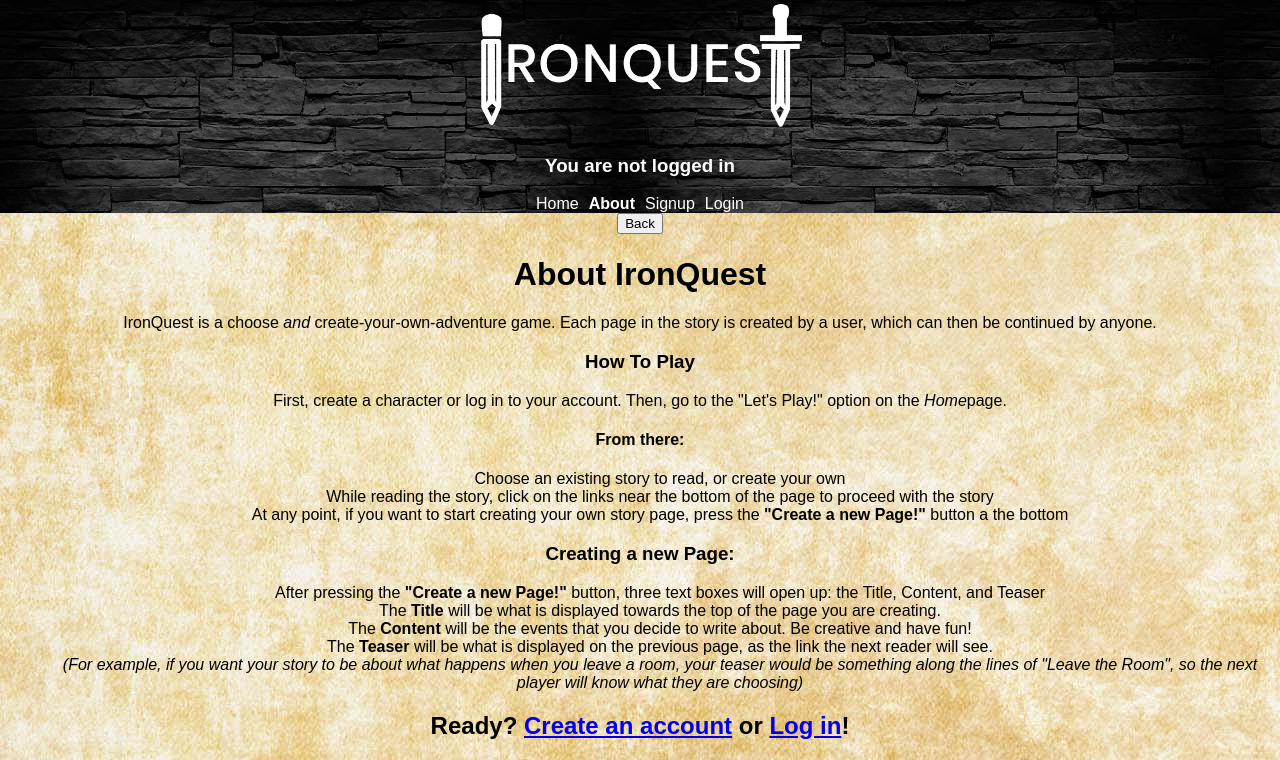
Repository: MikeTroianello/project4
Page: /about (app in client/)
An editor plug-in stored every save of this project. The page is shown before and after the next save, followed by the edit.
The browser window is 1280 px wide. The pictures show the whole page.
The project was rebuilt for these pictures with package versions that can differ from the ones it lists, and the page was loaded fresh each time. Also part of the build but not shown: client/src/config.js, client/src/components/pages/StoryPage.jsx, client/src/components/pages/CreateStory.jsx, client/src/components/pages/ReadStory.jsx, client/src/components/pages/Home.jsx, client/src/components/pages/Login.jsx, client/src/components/pages/Signup.jsx, client/src/components/pages/Profile.jsx and 1 more.

Above is the page before, as saved 2019-04-06 12:04:17.

After the next save:
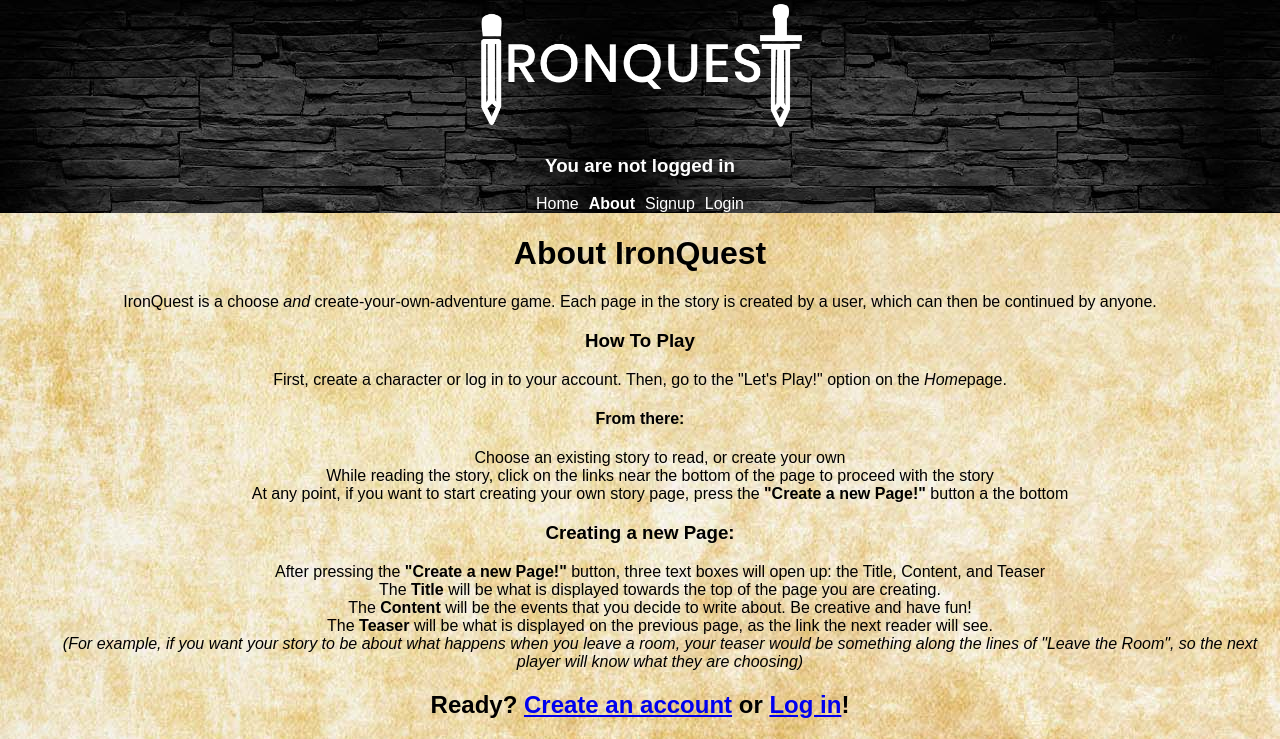
Saved 57 s later.
--- a/client/src/components/pages/About.jsx
+++ b/client/src/components/pages/About.jsx
@@ -7,7 +7,7 @@
   render(){
     return (
       <div>
-        <button onClick={this.props.history.goBack}>Back</button>
+        {/* <button onClick={this.props.history.goBack}>Back</button> */}
         <h1>About IronQuest</h1>
         <p>IronQuest is a choose <i>and</i> create-your-own-adventure game. Each page in the story is created by a user, which can then be continued by anyone.
         <h3>How To Play</h3>
